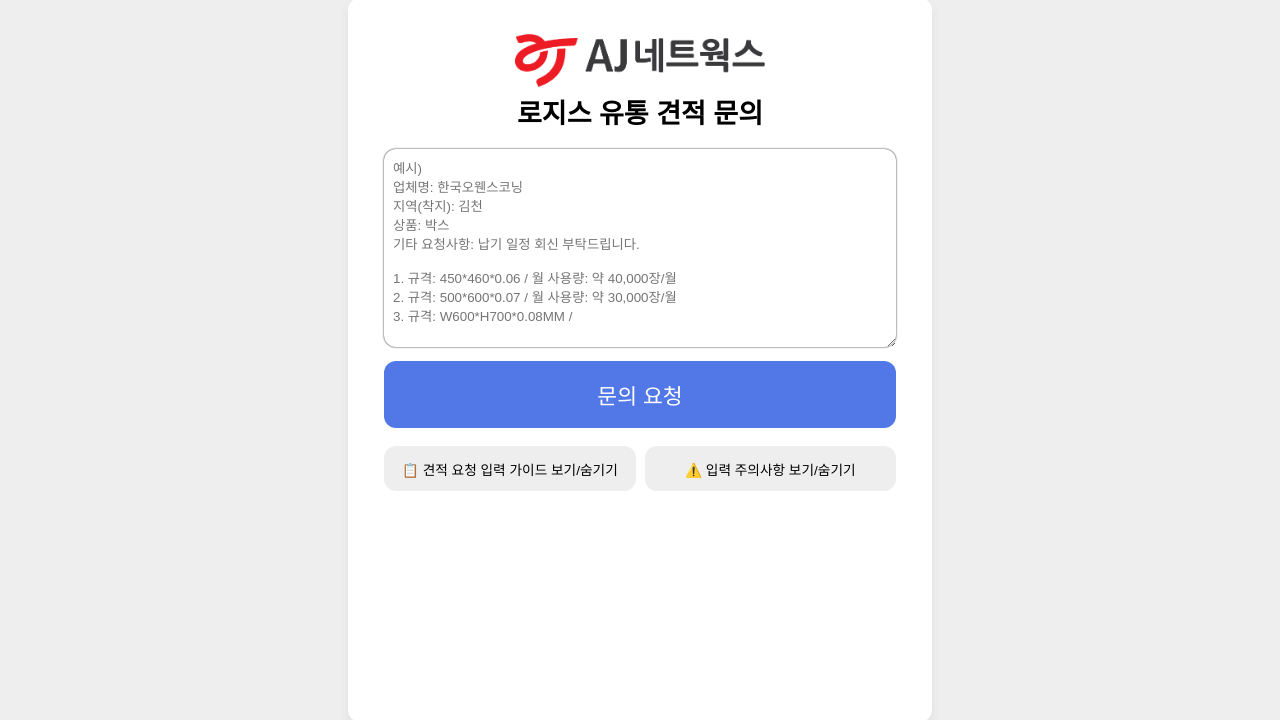
Repository: deul428/logis_test
Page: index.html
An editor plug-in stored every save of this project. The page is shown before and after a run of saves, followed by the edit.
The browser window is 1280 px wide. The pictures show the whole page.
Some web fonts or font styles are not loaded; a fallback is used.

Above is the page before, as saved 2025-09-17 11:06:08.

After the next 2 saves:
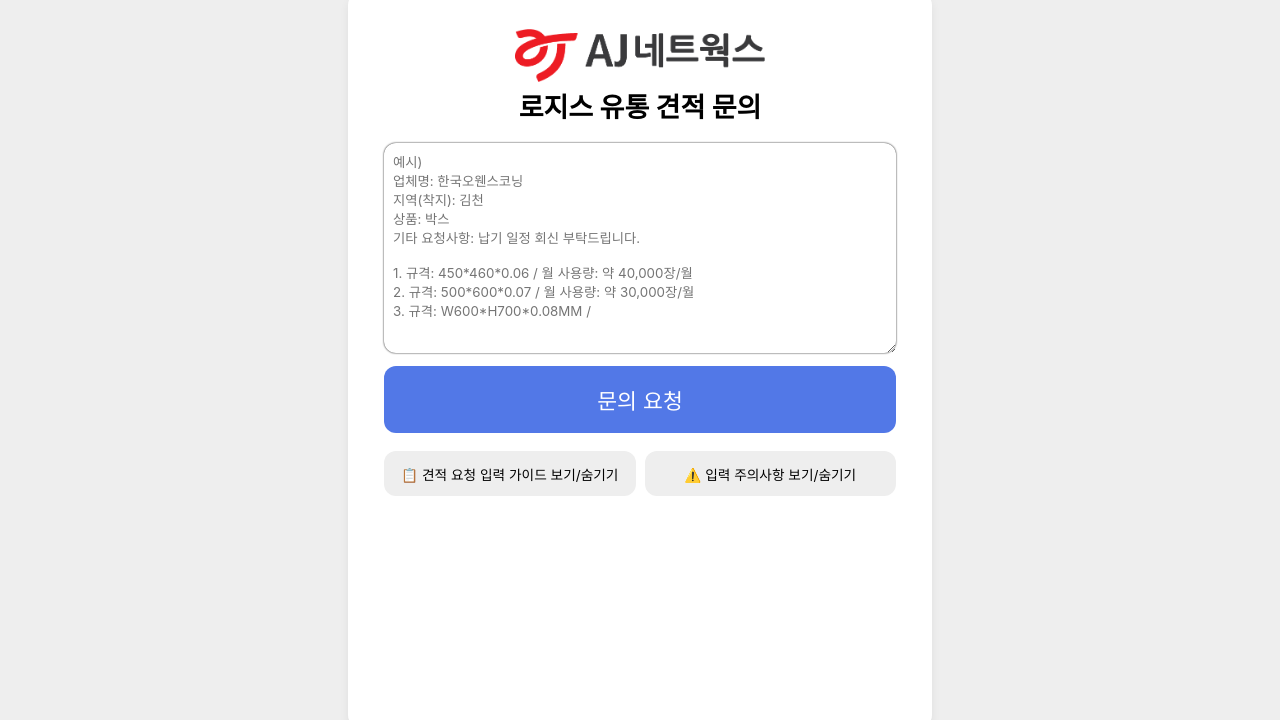
The 2 saves are shown as one change because they came seconds apart.
The last was saved 10 s later.
--- a/styles/common.css
+++ b/styles/common.css
@@ -2,7 +2,11 @@
 @import url("https://cdn.jsdelivr.net/gh/orioncactus/pretendard@v1.3.9/dist/web/variable/pretendardvariable.min.css");
 html,
 body {
-  font-family: "Chiron GoRound TC", sans-serif;
+  font-family: "Pretendard Variable", Pretendard, -apple-system,
+    BlinkMacSystemFont, system-ui, Roboto, "Helvetica Neue", "Segoe UI",
+    "Apple SD Gothic Neo", "Noto Sans KR", "Malgun Gothic", "Apple Color Emoji",
+    "Segoe UI Emoji", "Segoe UI Symbol", sans-serif;
+  /* font-family: "Chiron GoRound TC", sans-serif; */
   font-optical-sizing: auto;
   font-weight: 400;
   font-style: normal;
@@ -66,7 +70,7 @@
 #input_area label {
 }
 #input_area button {
-  background: #5278E7;
+  background: #5278e7;
   padding: 1rem;
   color: #fff;
 }
